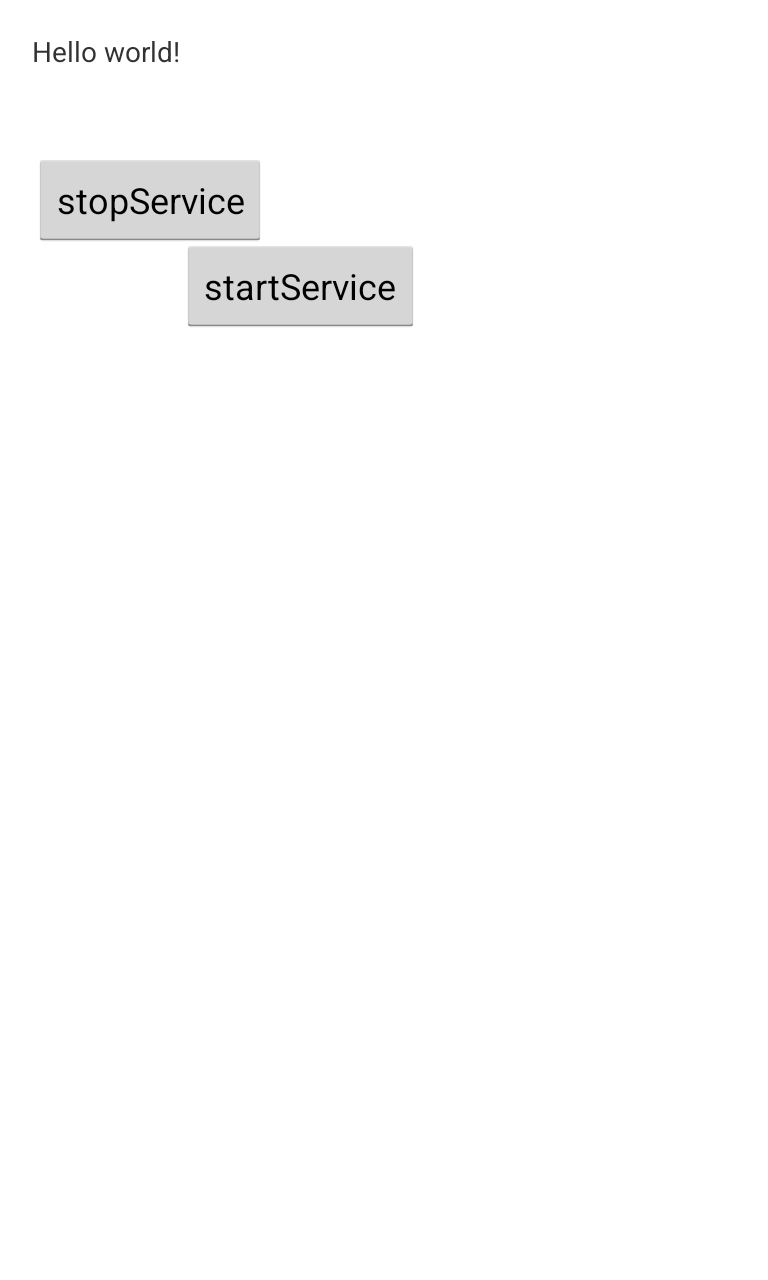
Repository: xfhy/Usually-learn-Android
Layout: Service 服务/1.服务入门/res/layout/activity_main.xml
An editor plug-in stored every save of this project. The layout is shown before and after the next save, followed by the edit.
It is drawn on a 768 x 1280 px phone screen (xhdpi) without system bars, with theme AppTheme; the app's code is not run.

Above is the layout before, as saved 2017-01-29 03:39:35.

### Service 服务/1.服务入门/res/layout/activity_main.xml
<RelativeLayout xmlns:android="http://schemas.android.com/apk/res/android"
    xmlns:tools="http://schemas.android.com/tools"
    android:layout_width="match_parent"
    android:layout_height="match_parent"
    android:paddingBottom="@dimen/activity_vertical_margin"
    android:paddingLeft="@dimen/activity_horizontal_margin"
    android:paddingRight="@dimen/activity_horizontal_margin"
    android:paddingTop="@dimen/activity_vertical_margin"
    tools:context="com.itheima.service.MainActivity$PlaceholderFragment" >

    <TextView
        android:id="@+id/textView1"
        android:layout_width="wrap_content"
        android:layout_height="wrap_content"
        android:text="@string/hello_world" />

    <Button
        android:id="@+id/bt_start"
        android:layout_width="wrap_content"
        android:layout_height="wrap_content"
        android:layout_below="@+id/textView1"
        android:layout_marginTop="84dp"
        android:layout_toRightOf="@+id/textView1"
        android:text="startService" />

    <Button
        android:id="@+id/bt_stop"
        android:layout_width="wrap_content"
        android:layout_height="wrap_content"
        android:layout_alignRight="@+id/button1"
        android:layout_below="@+id/button1"
        android:layout_marginTop="60dp"
        android:text="stopService" />

</RelativeLayout>

### Service 服务/1.服务入门/res/values/strings.xml
<?xml version="1.0" encoding="utf-8"?>
<resources>

    <string name="app_name">1.服务入门</string>
    <string name="hello_world">Hello world!</string>
    <string name="action_settings">Settings</string>

</resources>

Loaded but not shown: Service 服务/1.服务入门/res/values/styles.xml (common file); Service 服务/1.服务入门/res/values-v11/styles.xml (common file); Service 服务/1.服务入门/res/values-v14/styles.xml (common file); Service 服务/1.服务入门/res/values/dimens.xml (common file); Service 服务/1.服务入门/res/values-w820dp/dimens.xml (common file)

After the next save:
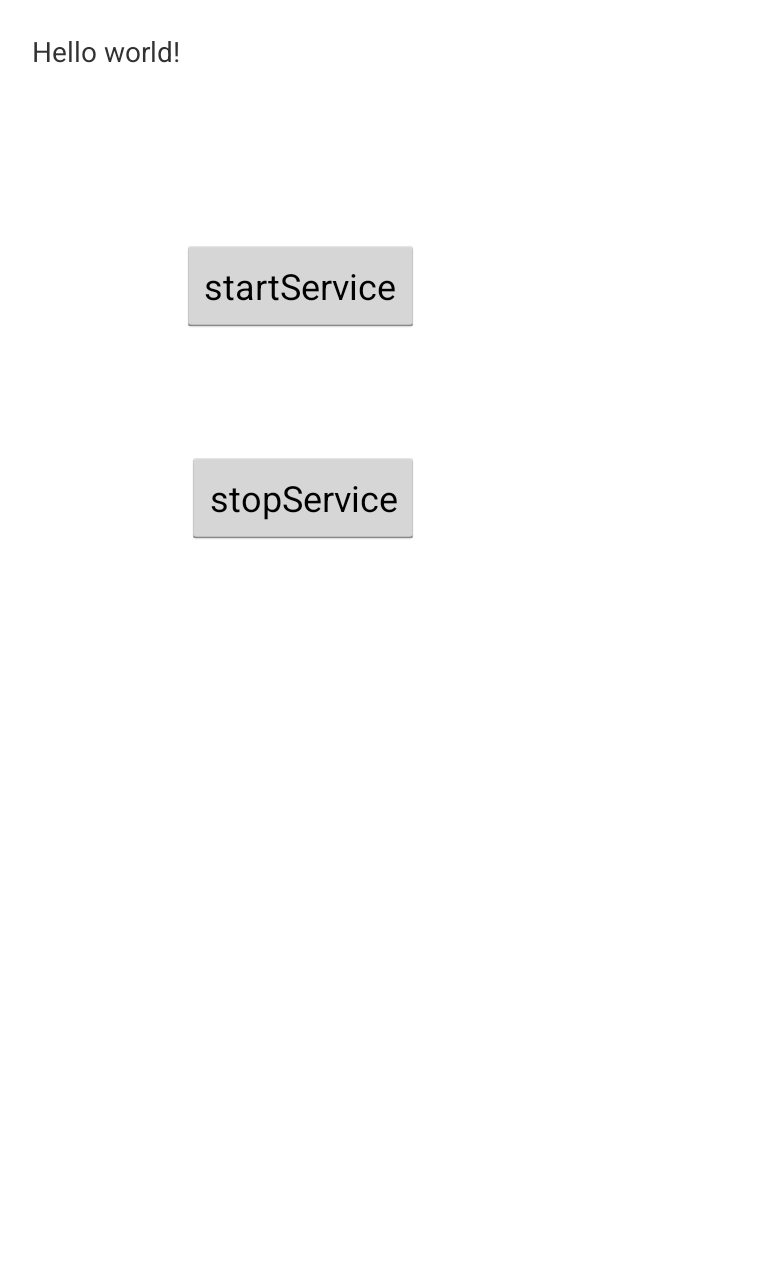
Saved 56 s later.
--- a/Service 服务/1.服务入门/res/layout/activity_main.xml
+++ b/Service 服务/1.服务入门/res/layout/activity_main.xml
@@ -27,9 +27,9 @@
         android:id="@+id/bt_stop"
         android:layout_width="wrap_content"
         android:layout_height="wrap_content"
-        android:layout_alignRight="@+id/button1"
-        android:layout_below="@+id/button1"
-        android:layout_marginTop="60dp"
+        android:layout_alignRight="@+id/bt_start"
+        android:layout_below="@+id/bt_start"
+        android:layout_marginTop="58dp"
         android:text="stopService" />
 
 </RelativeLayout>
